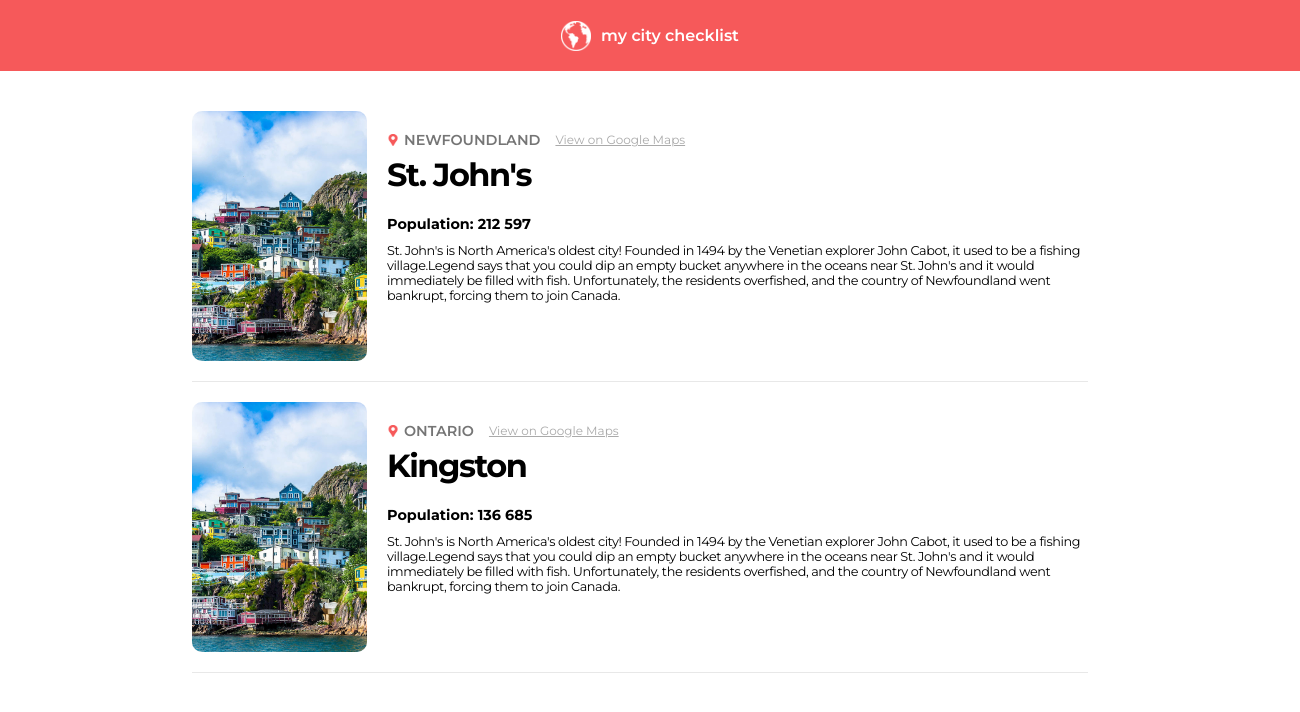
Repository: jsong552/my-city-checklist
Page: /
An editor plug-in stored every save of this project. The page is shown before and after the next save, followed by the edit.
The browser window is 1280 px wide. The page is 1300 px wide, so the pictures cover 1300 px, including what lies to the right of the window. The pictures show the whole page.
The project was rebuilt for these pictures with package versions that can differ from the ones it lists, and the page was loaded fresh each time. Imported but missing from the stored project, and not drawn on this page: src/reportWebVitals.

Above is the page before, as saved 2023-12-29 21:03:08.

After the next save:
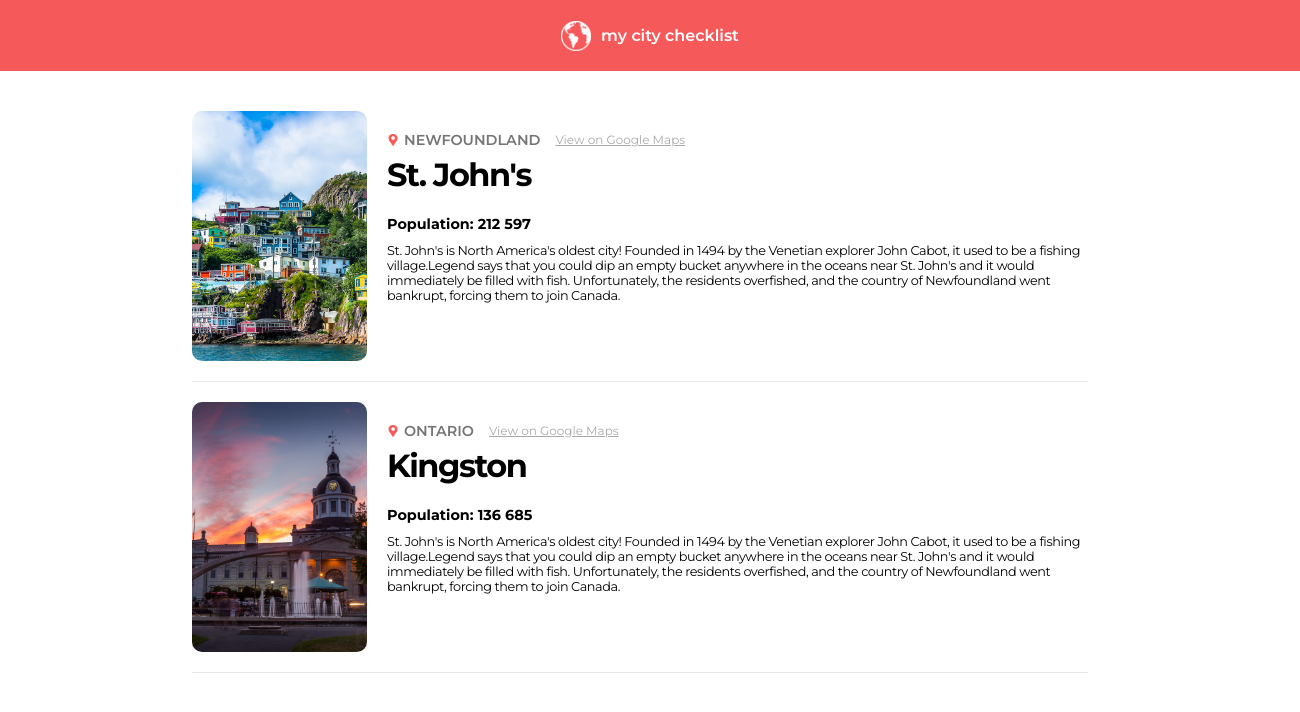
Saved 2 min 26 s later.
--- a/src/data/cardData.js
+++ b/src/data/cardData.js
@@ -2,8 +2,9 @@ export default [
     {
         id: 1,
         province: "newfoundland",
-        image: "../images/stjohns.jpg",
+        image: "/images/stjohns.jpg",
         city: "St. John's",
+        alt: "St. John's Downtown",
         population: "212 597",
         desc: "St. John's is North America's oldest city! Founded in 1494 by the Venetian explorer John Cabot, it used to be a fishing village.Legend says that you could dip an empty bucket anywhere in the oceans near St. John's and it would immediately be filled with fish. Unfortunately, the residents overfished, and the country of Newfoundland went bankrupt, forcing them to join Canada.",
         link: "https://www.google.com/maps/place/St.+John's,+NL/@47.4825126,-52.9947887,11z/data=!3m1!4b1!4m6!3m5!1s0x4b0ca38e6b0aa261:0x9e1fd4001f12261f!8m2!3d47.5556097!4d-52.7452511!16zL20vMGo4cDY?hl=en&entry=ttu",
@@ -12,7 +13,8 @@ export default [
         id: 2,
         province: "Ontario",
         city: "Kingston",
-        image: "../images/stjohns.jpg",
+        alt: "Kingston City Hall",
+        image: "/images/kingston.jpg",
         population: "136 685",
         desc: "St. John's is North America's oldest city! Founded in 1494 by the Venetian explorer John Cabot, it used to be a fishing village.Legend says that you could dip an empty bucket anywhere in the oceans near St. John's and it would immediately be filled with fish. Unfortunately, the residents overfished, and the country of Newfoundland went bankrupt, forcing them to join Canada.",
         link: "https://www.google.com/maps/place/St.+John's,+NL/@47.4825126,-52.9947887,11z/data=!3m1!4b1!4m6!3m5!1s0x4b0ca38e6b0aa261:0x9e1fd4001f12261f!8m2!3d47.5556097!4d-52.7452511!16zL20vMGo4cDY?hl=en&entry=ttu",
